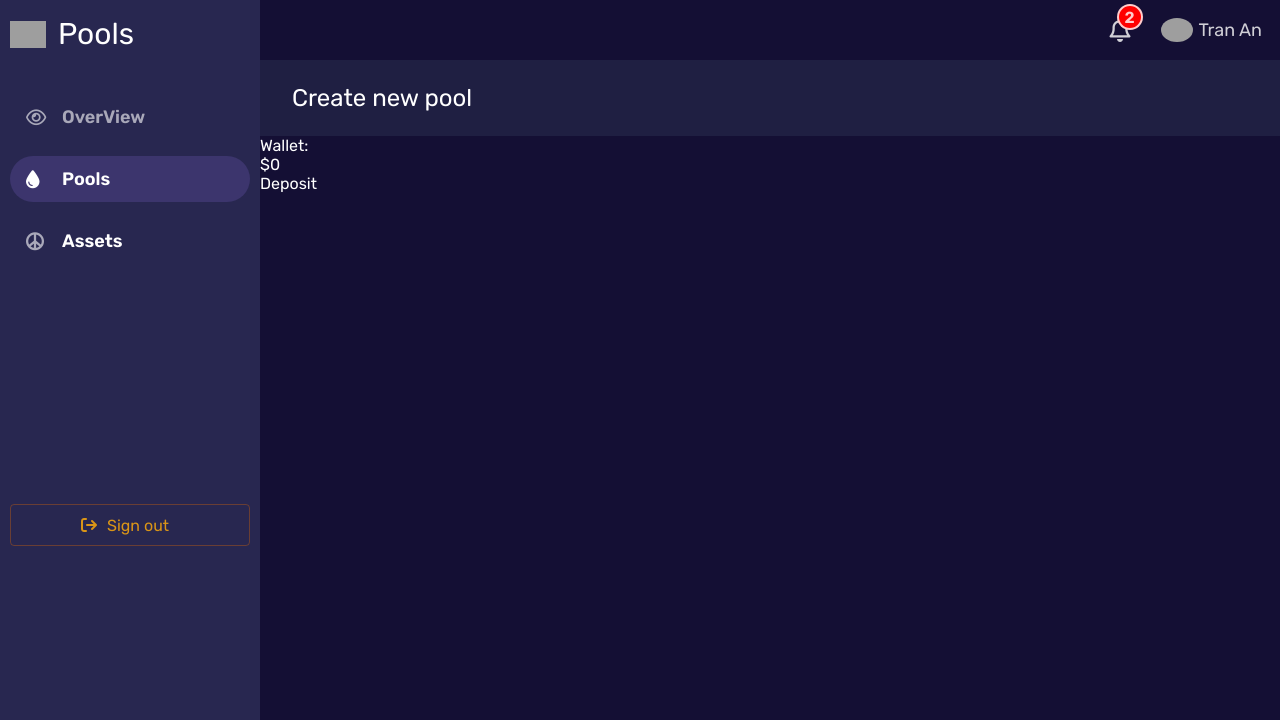
Repository: quynh232000/pools
Page: pool/create-pool.html
An editor plug-in stored every save of this project. The page is shown before and after the next save, followed by the edit.
The browser window is 1280 px wide. The pictures show the whole page.
Pictures or frames that could not be fetched are drawn as grey boxes.

Above is the page before, as saved 2023-07-14 00:10:52.

### pool/create-pool.html
<!DOCTYPE html>
<html lang="en">
  <head>
    <meta charset="UTF-8" />
    <meta name="viewport" content="width=device-width, initial-scale=1.0" />
    <title>Document</title>

    <link rel="stylesheet" href="../src/css/base.css" />
    <link rel="stylesheet" href="../src/css/style.css" />
    <link rel="stylesheet" href="../src/css/pool.css" />
    <link rel="stylesheet" href="../src/css/create-pool.css" />
    <link
      rel="stylesheet"
      href="https://cdnjs.cloudflare.com/ajax/libs/font-awesome/6.4.0/css/all.min.css"
      integrity="sha512-iecdLmaskl7CVkqkXNQ/ZH/XLlvWZOJyj7Yy7tcenmpD1ypASozpmT/E0iPtmFIB46ZmdtAc9eNBvH0H/ZpiBw=="
      crossorigin="anonymous"
      referrerpolicy="no-referrer"
    />
  </head>
  <body>
    <div class="container">
      <div class="sidebar">
        <div class="sidebar-logo">
          <img src="https://sef-eco.vercel.app/assets/images/logo.png" alt="" />
          <span>Pools</span>
        </div>
        <div class="sidebar-items">
          <div class="sidebar-list">
            <div class="sidebar-item">
              <i class="fa-regular fa-eye"></i>
              <div class="sidebar-item-name">OverView</div>
            </div>
            <div class="sidebar-item sidebar-item-active">
              <i class="fa-solid fa-droplet"></i>
              <a href="/pool.html" class="sidebar-item-name">Pools</a>
            </div>
            <div class="sidebar-item">
              <i class="fa-solid fa-peace"></i>
              <a href="/index.html" class="sidebar-item-name">Assets</a>
            </div>
          </div>

          <div class="sidebar-sign-out">
            <i class="fa-solid fa-arrow-right-from-bracket"></i>
            <div class="sidebar-item-name">Sign out</div>
          </div>
        </div>
      </div>
      <div class="content">
        <div class="header">
          <div class="header-noti">
            <i class="fa-regular fa-bell"></i>
            <div class="header-noti-count">2</div>
          </div>
          <div class="header-user">
            <img
              src="https://static.vecteezy.com/system/resources/previews/002/002/257/original/beautiful-woman-avatar-character-icon-free-vector.jpg"
              alt=""
            />
            <div class="header-user-name">Tran An</div>
          </div>
        </div>
        <!-- body -->
        <div class="content-title">Create new pool</div>
        <div class="create-body">
          <div class="create-wallet">
            <!-- <i class="fa-solid fa-wallet"></i> -->
            <div class="create-wallet-title">Wallet:</div>
            <span>$0</span>
            <div class="create-btn">Deposit</div>
          </div>
          <div class="create-select-money"></div>
        </div>
      </div>
    </div>
  </body>
</html>

### src/css/base.css
@import url('https://fonts.googleapis.com/css2?family=Rubik:wght@300;400;500;600;700&display=swap');
 :root{
    --primary-color:#fff;
    --text-color:#fff;
    --bg-color:#140f34;
    --bg-item-color:#282750;

 }
*{
    box-sizing: inherit;
}
html,body{
    box-sizing: border-box;
    margin: 0;
    padding: 0;
    font-family: 'Rubik', sans-serif;
    color: var(--text-color);
}
a{
    color: white;
    text-decoration: none;
}

### src/css/style.css
.container{
    width: 100%;
    min-height: 100vh;
    background-color: var(--bg-color);
    display: flex;
}
.sidebar{
    width: 20%;
    min-width: 260px;
    max-width: 400px;
    display: flex;
    flex-direction: column;
    min-height: 100vh;
    background-color: var(--bg-item-color);
}
.sidebar-logo{
    display: flex;
    width: 100%;
    align-items: center;
    padding: 16px 10px;
}
.sidebar-logo img{
    width: 15%;
}
.sidebar-logo span{
    font-size: 30px;
    color: var(--primary-color);
    margin-left: 12px;

}
.sidebar-items{
    padding: 26px 10px;
    display: flex;
    flex-direction: column;
    justify-content: space-between;
    min-height: 70vh;
}
.sidebar-list{

}
.sidebar-item{
    font-size: 18px;
    display: flex;
    align-items: center;
    padding: 12px 16px;
    border-radius: 40px;
    color: rgb(255 255 255/.6);
    margin-bottom: 16px;
    font-weight: 600;
    transition: color .3s;
}
.sidebar-item:hover{
    cursor: pointer;
    color: rgb(255 255 255/.8);
}
.sidebar-item-active{
    background-color:#3c356d ;
    color: var(--text-color);
}
.sidebar-item i{
    min-width: 36px;
}
.sidebar-sign-out{
    display: flex;
    align-items: center;
    color: rgb(218, 149, 23);
    text-align: center;
    border: 1px solid rgba(202, 98, 12,.4);
    justify-content: center;
    padding-right: 10px;
    border-radius: 4px;
    transition: color border .3s;
}
.sidebar-sign-out:hover{
    cursor: pointer;
    color: rgb(253, 166, 5);
    border: 1px solid rgba(202, 98, 12,.5);
}
.sidebar-sign-out i{
    margin-right: 10px;
    padding: 12px 0;
}

.content{
    width: 85%;
    min-height: 100vh;
    /* background-color: var(--bg-color); */
}
.header{
    display: flex;
    justify-content: flex-end;
    padding: 18px;
    color: rgb(255 255 255/.8);
    align-items: center;
}
.header-user{
    display: flex;
    align-items: center;
    font-size: 18px;

}
.header-user img {
    width: 32px;
    border-radius: 50%;
    margin-right: 6px;
}
.header-noti{
    display: flex;
    margin-right: 30px;
    font-size: 20px;
    position: relative;
    font-size: 24px;
}
.header-noti-count{
    width: 26px;
    height: 26px;
    position: absolute;
    top: -14px;
    left: 7px;
    border: 2px solid  rgb(255 255 255/.8);
    text-align: center;
    border-radius: 50%;
    font-size: 16px;
    display: flex;
    align-items: center;
    justify-content: center;
    background-color: var(--bg-color);
    background-color: red;
    font-weight: 600;

}
.content-title{
    background-color: #1f1f42;
    padding: 24px 32px;
    font-size: 24px;
}
.content-list{
    display: flex;
    flex-direction: column;
    align-items: center;
    padding: 0 40px;
}
.content-list-body{
    width: 100%;
    margin-top: 20px;

}
.content-nav{
    width: 100%;
    display: flex;
    justify-content: space-between;
    padding: 12px 26px;
    margin: 10px 0;
    transition: background-color .2s ;
}
.content-nav:hover{
    background-color: #2d2d44;
}
.nav-left{
    width: 50%;
    display: flex;
    align-items: center;
    justify-content: space-between;
    font-size: 22px;

}
.nav-left-info{
    display: flex;
    align-items: center;
}
.nav-left-info img{
    width: 32px;
    margin-right: 8px;
}
.nav-left-name{
    font-size: 22px;
}
.nav-left-balance{
    display: flex;
    flex-direction: column;
    align-items: center;
    flex: 1;
}
.nav-left-balance span:nth-child(2){
    font-size: 20px;
    color: #a8a8a8;
}


.nav-right{
    width: 40%;
    display: flex;
    justify-content: space-between;
    align-items: center;
    color: #b3b1fd;
}
.nav-right span{
    transition: color .3s;
}
.nav-right span i{
    font-size: 16px !important;
    margin-left: 4px;
}
.nav-right span:hover{
    color:#f8c2b0;
    cursor: pointer;
}
.nav-text{
    color: #b3b1fd;
    font-size: 20px;
}
.nav-right .nav-tex:hover{
    color: #b3b1fd !important;
    cursor: no-drop;
}

### src/css/pool.css
.p-content-body{
    width: 100%;
    display: flex;
    flex-wrap: wrap;
    padding: 20px 10px;
}
.content-item-wrapper{
    width: 33.333%;
    padding: 10px ;
}
.p-content-item{
    border-radius: 6px;
    background-color: var(--bg-item-color);
    padding: 14px;
    transition: background-color .3s ease;
}
.p-content-item:hover{
    background-color: #2e2e60;
}
.p-content-item-top{
    display: flex;
    align-items:flex-start;

}
.p-content-item-img{
    margin-right: 6px;
}
.p-content-item-top-info{
    display: flex;
    flex-direction: column;
}
.p-content-item-top-info span{
    padding-top: 4px;
}
.p-content-item-top-info p{
    margin: 4px 0 10px 0;
    color: #a7a3a3;
}
.p-content-item-bottom{
    display: flex;
}
.p-item-type{
    margin-right: 10px;
    padding: 0 8px;
    text-align: center;
}
.p-item-type:first-child{
    border-right: 1px solid gray;
    padding-right: 16px;
}
.p-item-type span{
    font-size: 14px;
    color: #a7a3a3;
    /* font-weight: 600; */
}
.p-item-type p{
    margin: 0;
}
.add-pool{
    display: flex;
    flex-direction: column;
    align-items: center;
    font-size: 20px;
    min-height: 122px;
    justify-content: center;
}
.add-pool i{
    font-size: 26px;
    margin-bottom: 6px;
}

### src/css/create-pool.css
.create-body{
    width: 100%;
    display: flex;
    flex-direction: column;
}

After the next save:
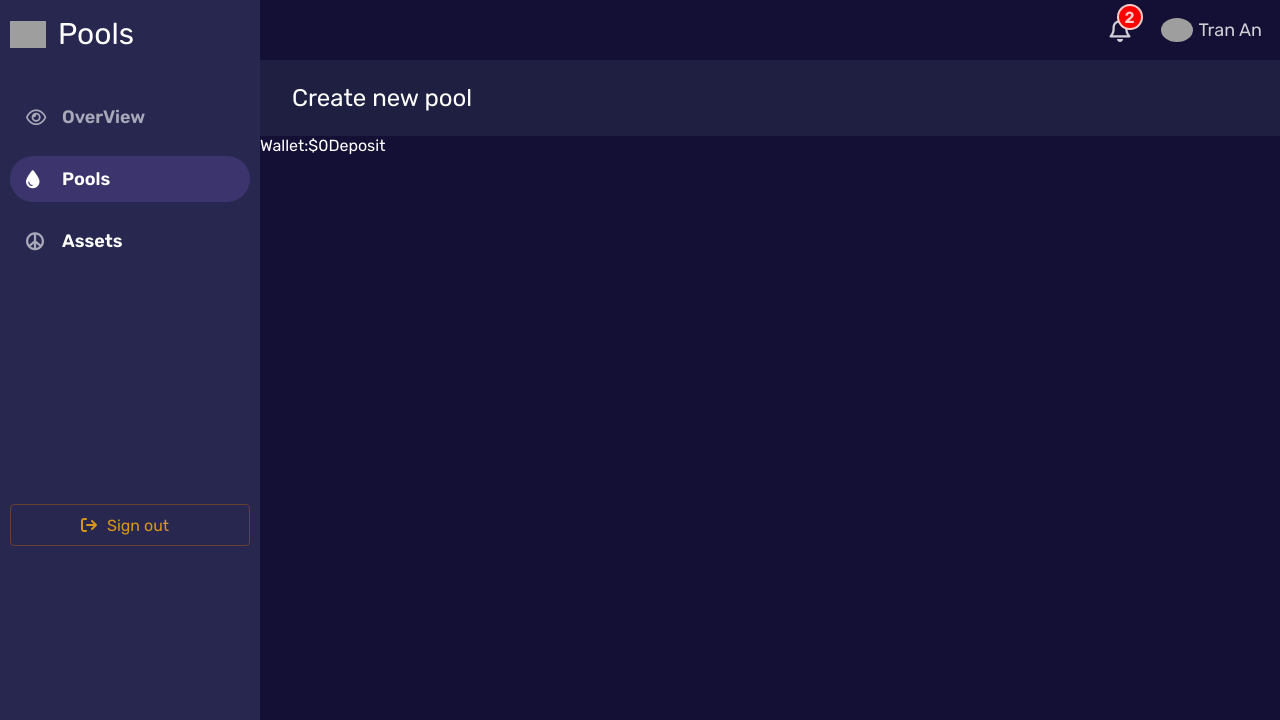
Saved 14 s later.
--- a/src/css/create-pool.css
+++ b/src/css/create-pool.css
@@ -3,3 +3,6 @@
     display: flex;
     flex-direction: column;
 }
+.create-wallet{
+    display: flex;
+}
